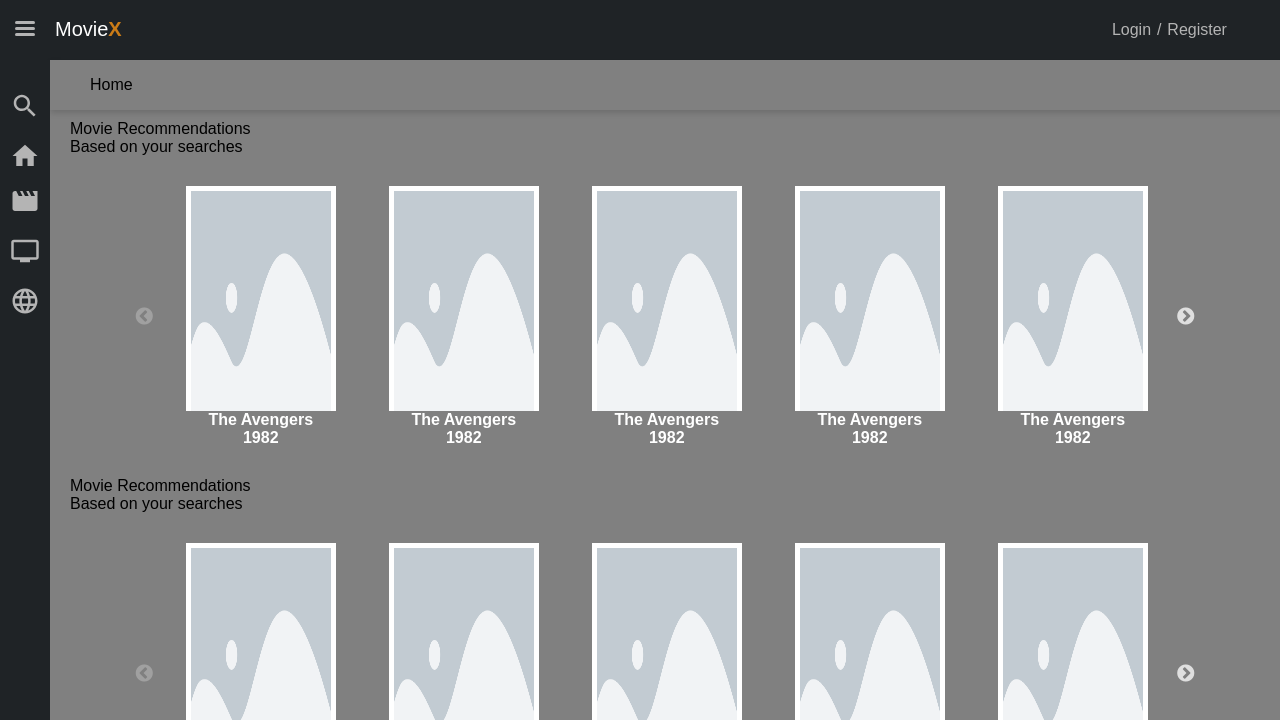
Repository: Amad-Mlinka/MovieTVBrowserNext
Page: /
The author's editor kept a copy of each file at every save. The page is drawn from the files as they stood at one save, then again after the next save.
The browser window is 1280 px wide. The pictures show the whole page.
An inner scrolling area shows only its first screen. The project was rebuilt for these pictures with package versions that can differ from the ones it lists, and the page was loaded fresh each time. The framework's server and built-in components were replaced by stand-ins that run in the browser. Also part of the build but not shown: next.config.js.

Above is the page before, as saved 2021-08-07 21:02:35.

After the next save:
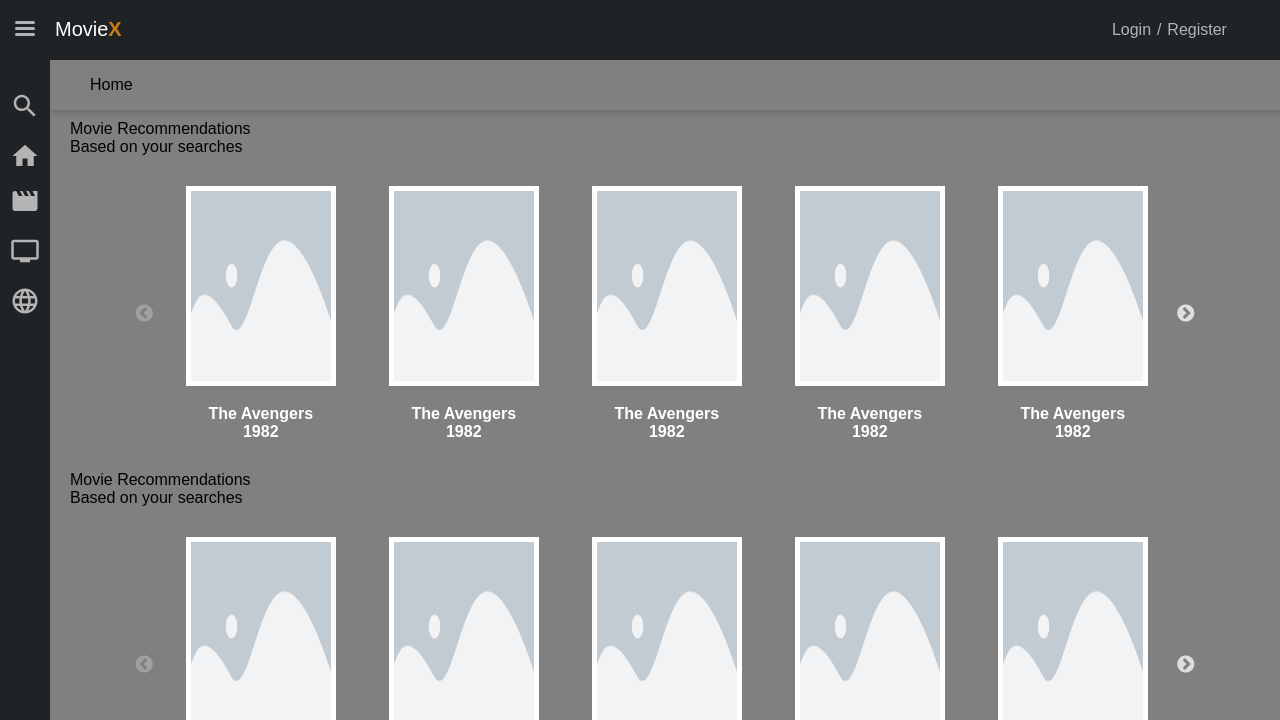
Saved 10 s later.
--- a/components/mediaList/Media.tsx
+++ b/components/mediaList/Media.tsx
@@ -11,7 +11,7 @@
             <div className={mediaStyles.media}>
               <div className={mediaStyles.mediaContainer}>
                 <div className={mediaStyles.mediaImageContainer}>
-                  <Image className={mediaStyles.mediaImage} src={props.image || placeholder} height="250" width="150" />
+                  <Image className={mediaStyles.mediaImage} src={props.image || placeholder} height="200" width="150" />
                 </div>
                 <div className={mediaStyles.mediaOverlay}>
                   <div className={mediaStyles.mediaRating}>
